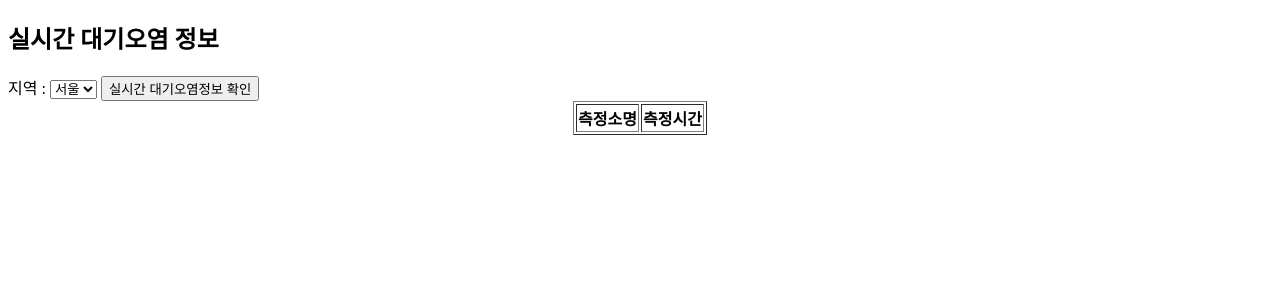
Repository: yeoneeeeeee/KH
Page: http://localhost/Opendata_Project/
An editor plug-in stored every save of this project. The page is shown before and after the next save, followed by the edit.
The browser window is 1280 px wide. The pictures show the whole page.
The page is served by Tomcat 9. Other server files are loaded and not shown.

Above is the page before, as saved 2023-08-17 01:18:11.

### Spring-Workspace/Opendata_Project/src/main/webapp/index.jsp
<%@ page language="java" contentType="text/html; charset=UTF-8"
    pageEncoding="UTF-8"%>
<!DOCTYPE html>
<html>
<head>
<meta charset="UTF-8">
<title>Insert title here</title>
<script src="https://ajax.googleapis.com/ajax/libs/jquery/3.4.1/jquery.min.js"></script>
</head>
<body>

	<h2>실시간 대기오염 정보</h2>

	지역 :
	<select id="location">
		<option>서울</option>
		<option>부산</option>
		<option>대전</option>
		<option>대구</option>
		<option>경기</option>
	</select>


	<button id="btn1">실시간 대기오염정보 확인</button>

	<table id="result1" border="1" align="center">
		<thead>
			<tr>
				<th>측정소명</th>
				<th>측정시간</th>
			</tr>
		</thead>
	</table>

	<script>
		$(()=> {

			$("#btn1").click( () => {
				$.ajax({
					url : 'air.do',
					data : {"location" : $("#location").val() },
					success : function(data){
						//console.log(data);
					}
				})
			})
		})
	</script>














</body>
</html>

After the next save:
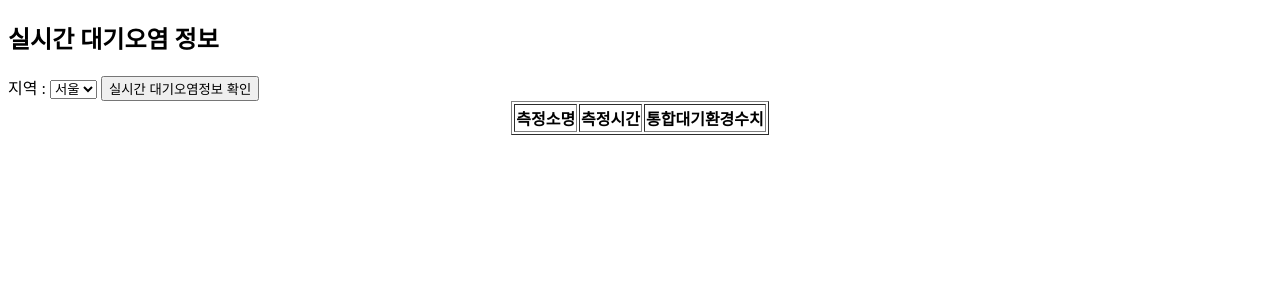
Saved 10 s later.
--- a/Spring-Workspace/Opendata_Project/src/main/webapp/index.jsp
+++ b/Spring-Workspace/Opendata_Project/src/main/webapp/index.jsp
@@ -28,6 +28,7 @@
 			<tr>
 				<th>측정소명</th>
 				<th>측정시간</th>
+				<th>통합대기환경수치</th>
 			</tr>
 		</thead>
 	</table>
